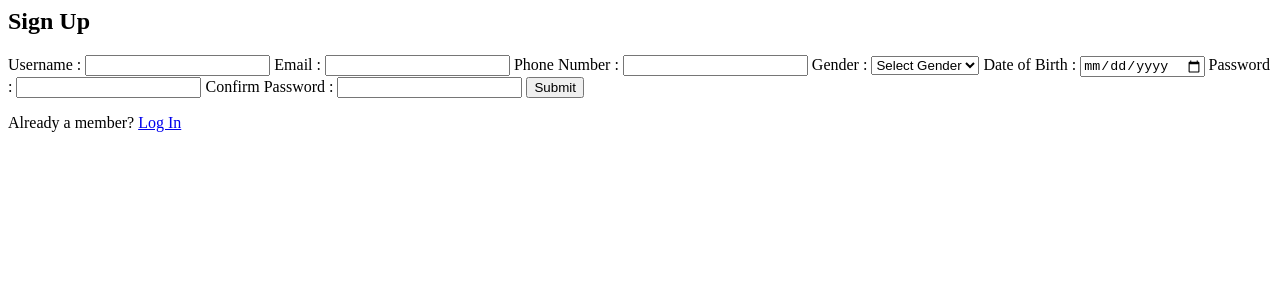
Repository: Dayah-LWY2/CyberStyle
Page: views/signup.ejs
An editor plug-in stored every save of this project. The page is shown before and after the next save, followed by the edit.
The browser window is 1280 px wide. The pictures show the whole page.
The page is served by the project's Node server (index.js). The template is opened directly, without the code that normally fills it, so the values that code supplies are empty.

Above is the page before, as saved 2024-09-11 12:35:52.

After the next save:
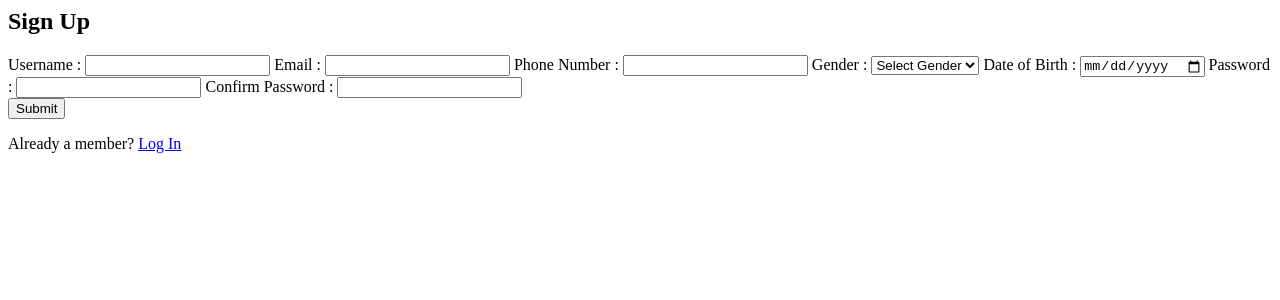
Saved 7 min 0 s later.
--- a/views/signup.ejs
+++ b/views/signup.ejs
@@ -26,6 +26,7 @@
 
         <label for="confirmPassword">Confirm Password :</label>
         <input type="password" id="confirmPassword" name="confirmPassword" required>
+        <div id="error-message"></div>
 
         <button type="submit">Submit</button>
     </form>
